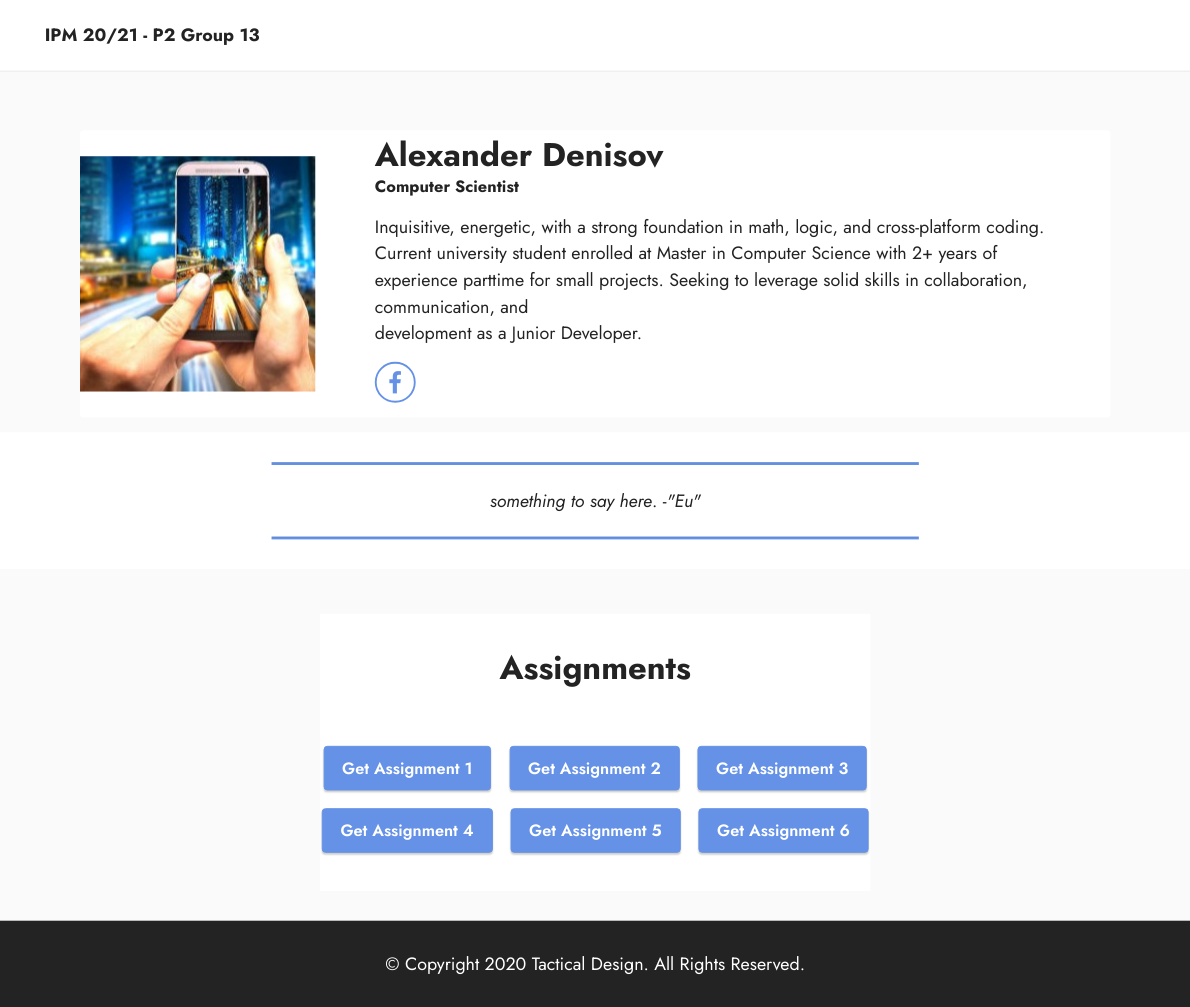
Repository: denisov93/tacticaldesign
Page: page2.html
An editor plug-in stored every save of this project. The page is shown before and after the next save, followed by the edit.
The browser window is 1280 px wide. The pictures show the whole page, at 93% of full size.

Above is the page before, as saved 2020-09-25 19:30:07.

### page2.html
<!DOCTYPE html>
<html  >
<head>
  <!-- Site made with Mobirise Website Builder v5.1.4, https://mobirise.com -->
  <meta charset="UTF-8">
  <meta http-equiv="X-UA-Compatible" content="IE=edge">
  <meta name="generator" content="Mobirise v5.1.4, mobirise.com">
  <meta name="viewport" content="width=device-width, initial-scale=1, minimum-scale=1">
  <link rel="shortcut icon" href="assets/images/logo-89x89-1.png" type="image/x-icon">
  <meta name="description" content="">


  <title>About 44592</title>
  <link rel="stylesheet" href="assets/tether/tether.min.css">
  <link rel="stylesheet" href="assets/bootstrap/css/bootstrap.min.css">
  <link rel="stylesheet" href="assets/bootstrap/css/bootstrap-grid.min.css">
  <link rel="stylesheet" href="assets/bootstrap/css/bootstrap-reboot.min.css">
  <link rel="stylesheet" href="assets/dropdown/css/style.css">
  <link rel="stylesheet" href="assets/socicon/css/styles.css">
  <link rel="stylesheet" href="assets/theme/css/style.css">
  <link rel="preload" as="style" href="assets/mobirise/css/mbr-additional.css"><link rel="stylesheet" href="assets/mobirise/css/mbr-additional.css" type="text/css">




</head>
<body>

    <section class="menu cid-s48OLK6784" once="menu" id="menu1-k">

      <nav class="navbar navbar-dropdown navbar-fixed-top navbar-expand-lg">
          <div class="container-fluid">
              <div class="navbar-brand">

                  <span class="navbar-caption-wrap"><a class="navbar-caption text-black display-7" href="https://mobiri.se">IPM 20/21 - P2 Group 13</a></span>
              </div>
              <button class="navbar-toggler" type="button" data-toggle="collapse" data-target="#navbarSupportedContent" aria-controls="navbarNavAltMarkup" aria-expanded="false" aria-label="Toggle navigation">
                  <div class="hamburger">
                      <span></span>
                      <span></span>
                      <span></span>
                      <span></span>
                  </div>
              </button>
              <div class="collapse navbar-collapse" id="navbarSupportedContent">
                  <ul class="navbar-nav nav-dropdown nav-right" data-app-modern-menu="true"><li class="nav-item"><a class="nav-link link text-black text-primary display-7" href="index.html">Back to Main Page</a></li></ul>


              </div>
          </div>
      </nav>

  </section>

  <section class="team2 cid-sbrg7hMvkK" xmlns="http://www.w3.org/1999/html" id="team2-10">


      <div class="container">
          <div class="card">
              <div class="card-wrapper">
                  <div class="row align-items-center">
                      <div class="col-12 col-md-3">
                          <div class="image-wrapper">
                              <img src="assets/images/mbr-506x285.jpeg" alt="Mobirise">
                          </div>
                      </div>
                      <div class="col-12 col-md">
                          <div class="card-box">
                              <h5 class="card-title mbr-fonts-style m-0 display-5">
                                  <strong>Alexander Denisov</strong></h5>
                              <h6 class="card-subtitle mbr-fonts-style mb-3 display-4"><strong>Computer Scientist</strong></h6>
                              <p class="mbr-text mbr-fonts-style display-7">Inquisitive, energetic, with a strong foundation in math, logic, and cross-platform coding.
                                <br>Current university student enrolled at Master in Computer Science with 2+ years of experience parttime for small projects. Seeking to leverage solid skills in collaboration, communication, and
                                <br>development as a Junior Developer.
                              </p>
                              <div class="social-row display-7">
                                  <div class="soc-item">
                                      <a href="https://www.facebook.com/denisov.alexander.9/" target="_blank">
                                          <span class="mbr-iconfont socicon socicon-facebook"></span>
                                      </a>
                                  </div>




                              </div>
                          </div>
                      </div>
                  </div>
              </div>
          </div>


      </div>
  </section>

  <section class="content6 cid-sbrxQp1clU" id="content6-19">

      <div class="container-fluid">
          <div class="row justify-content-center">
              <div class="col-md-12 col-lg-7">
                  <hr class="line">
                  <p class="mbr-text align-center mbr-fonts-style my-4 display-7"><em>something to say here</em>. -<em>"Eu"</em></p>
                  <hr class="line">
              </div>
          </div>
      </div>
  </section>

  <section class="pricing2 cid-sbryg0oYzd" id="pricing2-1b">



      <div class="container-fluid">
          <div class="row justify-content-center">
              <div class="col-12 col-md-6 align-center">
                  <div class="plan">
                      <div class="plan-header">
                          <h6 class="plan-title mbr-fonts-style mb-3 display-5">
                              <strong>Assignments</strong></h6>
                          <div class="plan-price">
                              <p class="price mbr-fonts-style m-0 display-7"></p>
                              <p class="price-term mbr-fonts-style mb-3 display-7"></p>
                          </div>
                      </div>
                      <div class="plan-body">
                          <div class="plan-list mb-4">
                              <ul class="list-group mbr-fonts-style list-group-flush display-7"></ul>
                          </div>
                          <div class="mbr-section-btn text-center"><a href="44592A1.html" class="btn btn-primary display-4">Get Assignment 1</a> <a href="https://mobiri.se" class="btn btn-primary display-4">Get Assignment 2</a> <a href="https://mobiri.se" class="btn btn-primary display-4">Get Assignment 3</a> <a href="https://mobiri.se" class="btn btn-primary display-4">Get Assignment 4<br></a> <a href="https://mobiri.se" class="btn btn-primary display-4">Get Assignment 5<br></a> <a href="https://mobiri.se" class="btn btn-primary display-4">Get Assignment 6<br></a></div>
                      </div>
                  </div>
              </div>



          </div>
      </div>
  </section>

  <section class="footer3 cid-s48P1Icc8J" once="footers" id="footer3-l">
      <div class="container">
          <div class="media-container-row align-center mbr-white">
              <div class="row row-copirayt">
                  <p class="mbr-text mb-0 mbr-fonts-style mbr-white align-center display-7">
                      © Copyright 2020 Tactical Design. All Rights Reserved.
                  </p>
              </div>
          </div>
      </div>
  </section>
  </body>
</html>

### assets/dropdown/css/style.css
.navbar-dropdown {
  left: 0;
  padding: 0;
  position: absolute;
  right: 0;
  top: 0;
  transition: all 0.45s ease;
  z-index: 1030;
  background: #282828; }
  .navbar-dropdown .navbar-logo {
    margin-right: 0.8rem;
    transition: margin 0.3s ease-in-out;
    vertical-align: middle; }
    .navbar-dropdown .navbar-logo img {
      height: 3.125rem;
      transition: all 0.3s ease-in-out; }
    .navbar-dropdown .navbar-logo.mbr-iconfont {
      font-size: 3.125rem;
      line-height: 3.125rem; }
  .navbar-dropdown .navbar-caption {
    font-weight: 700;
    white-space: normal;
    vertical-align: -4px;
    line-height: 3.125rem !important; }
    .navbar-dropdown .navbar-caption, .navbar-dropdown .navbar-caption:hover {
      color: inherit;
      text-decoration: none; }
  .navbar-dropdown .mbr-iconfont + .navbar-caption {
    vertical-align: -1px; }
  .navbar-dropdown.navbar-fixed-top {
    position: fixed; }
  .navbar-dropdown .navbar-brand span {
    vertical-align: -4px; }
  .navbar-dropdown.bg-color.transparent {
    background: none; }
  .navbar-dropdown.navbar-short .navbar-brand {
    padding: 0.625rem 0; }
    .navbar-dropdown.navbar-short .navbar-brand span {
      vertical-align: -1px; }
  .navbar-dropdown.navbar-short .navbar-caption {
    line-height: 2.375rem !important;
    vertical-align: -2px; }
  .navbar-dropdown.navbar-short .navbar-logo {
    margin-right: 0.5rem; }
    .navbar-dropdown.navbar-short .navbar-logo img {
      height: 2.375rem; }
    .navbar-dropdown.navbar-short .navbar-logo.mbr-iconfont {
      font-size: 2.375rem;
      line-height: 2.375rem; }
  .navbar-dropdown.navbar-short .mbr-table-cell {
    height: 3.625rem; }
  .navbar-dropdown .navbar-close {
    left: 0.6875rem;
    position: fixed;
    top: 0.75rem;
    z-index: 1000; }
  .navbar-dropdown .hamburger-icon {
    content: "";
    display: inline-block;
    vertical-align: middle;
    width: 16px;
    -webkit-box-shadow: 0 -6px 0 1px #282828,0 0 0 1px #282828,0 6px 0 1px #282828;
    -moz-box-shadow: 0 -6px 0 1px #282828,0 0 0 1px #282828,0 6px 0 1px #282828;
    box-shadow: 0 -6px 0 1px #282828,0 0 0 1px #282828,0 6px 0 1px #282828; }

.dropdown-menu .dropdown-toggle[data-toggle="dropdown-submenu"]::after {
  border-bottom: 0.35em solid transparent;
  border-left: 0.35em solid;
  border-right: 0;
  border-top: 0.35em solid transparent;
  margin-left: 0.3rem; }

.dropdown-menu .dropdown-item:focus {
  outline: 0; }

.nav-dropdown {
  font-size: 0.75rem;
  font-weight: 500;
  height: auto !important; }
  .nav-dropdown .nav-btn {
    padding-left: 1rem; }
  .nav-dropdown .link {
    margin: .667em 1.667em;
    font-weight: 500;
    padding: 0;
    transition: color .2s ease-in-out; }
    .nav-dropdown .link.dropdown-toggle {
      margin-right: 2.583em; }
      .nav-dropdown .link.dropdown-toggle::after {
        margin-left: .25rem;
        border-top: 0.35em solid;
        border-right: 0.35em solid transparent;
        border-left: 0.35em solid transparent;
        border-bottom: 0; }
      .nav-dropdown .link.dropdown-toggle[aria-expanded="true"] {
        margin: 0;
        padding: 0.667em 3.263em  0.667em 1.667em; }
  .nav-dropdown .link::after,
  .nav-dropdown .dropdown-item::after {
    color: inherit; }
  .nav-dropdown .btn {
    font-size: 0.75rem;
    font-weight: 700;
    letter-spacing: 0;
    margin-bottom: 0;
    padding-left: 1.25rem;
    padding-right: 1.25rem; }
  .nav-dropdown .dropdown-menu {
    border-radius: 0;
    border: 0;
    left: 0;
    margin: 0;
    padding-bottom: 1.25rem;
    padding-top: 1.25rem;
    position: relative; }
  .nav-dropdown .dropdown-submenu {
    margin-left: 0.125rem;
    top: 0; }
  .nav-dropdown .dropdown-item {
    font-weight: 500;
    line-height: 2;
    padding: 0.3846em 4.615em 0.3846em 1.5385em;
    position: relative;
    transition: color .2s ease-in-out, background-color .2s ease-in-out; }
    .nav-dropdown .dropdown-item::after {
      margin-top: -0.3077em;
      position: absolute;
      right: 1.1538em;
      top: 50%; }
    .nav-dropdown .dropdown-item:focus, .nav-dropdown .dropdown-item:hover {
      background: none; }

@media (max-width: 767px) {
  .nav-dropdown.navbar-toggleable-sm {
    bottom: 0;
    display: none;
    left: 0;
    overflow-x: hidden;
    position: fixed;
    top: 0;
    transform: translateX(-100%);
    -ms-transform: translateX(-100%);
    -webkit-transform: translateX(-100%);
    width: 18.75rem;
    z-index: 999; } }
.nav-dropdown.navbar-toggleable-xl {
  bottom: 0;
  display: none;
  left: 0;
  overflow-x: hidden;
  position: fixed;
  top: 0;
  transform: translateX(-100%);
  -ms-transform: translateX(-100%);
  -webkit-transform: translateX(-100%);
  width: 18.75rem;
  z-index: 999; }

.nav-dropdown-sm {
  display: block !important;
  overflow-x: hidden;
  overflow: auto;
  padding-top: 3.875rem; }
  .nav-dropdown-sm::after {
    content: "";
    display: block;
    height: 3rem;
    width: 100%; }
  .nav-dropdown-sm.collapse.in ~ .navbar-close {
    display: block !important; }
  .nav-dropdown-sm.collapsing, .nav-dropdown-sm.collapse.in {
    transform: translateX(0);
    -ms-transform: translateX(0);
    -webkit-transform: translateX(0);
    transition: all 0.25s ease-out;
    -webkit-transition: all 0.25s ease-out;
    background: #282828; }
  .nav-dropdown-sm.collapsing[aria-expanded="false"] {
    transform: translateX(-100%);
    -ms-transform: translateX(-100%);
    -webkit-transform: translateX(-100%); }
  .nav-dropdown-sm .nav-item {
    display: block;
    margin-left: 0 !important;
    padding-left: 0; }
  .nav-dropdown-sm .link,
  .nav-dropdown-sm .dropdown-item {
    border-top: 1px dotted rgba(255, 255, 255, 0.1);
    font-size: 0.8125rem;
    line-height: 1.6;
    margin: 0 !important;
    padding: 0.875rem 2.4rem 0.875rem 1.5625rem !important;
    position: relative;
    white-space: normal; }
    .nav-dropdown-sm .link:focus, .nav-dropdown-sm .link:hover,
    .nav-dropdown-sm .dropdown-item:focus,
    .nav-dropdown-sm .dropdown-item:hover {
      background: rgba(0, 0, 0, 0.2) !important;
      color: #c0a375; }
  .nav-dropdown-sm .nav-btn {
    position: relative;
    padding: 1.5625rem 1.5625rem 0 1.5625rem; }
    .nav-dropdown-sm .nav-btn::before {
      border-top: 1px dotted rgba(255, 255, 255, 0.1);
      content: "";
      left: 0;
      position: absolute;
      top: 0;
      width: 100%; }
    .nav-dropdown-sm .nav-btn + .nav-btn {
      padding-top: 0.625rem; }
      .nav-dropdown-sm .nav-btn + .nav-btn::before {
        display: none; }
  .nav-dropdown-sm .btn {
    padding: 0.625rem 0; }
  .nav-dropdown-sm .dropdown-toggle[data-toggle="dropdown-submenu"]::after {
    margin-left: .25rem;
    border-top: 0.35em solid;
    border-right: 0.35em solid transparent;
    border-left: 0.35em solid transparent;
    border-bottom: 0; }
  .nav-dropdown-sm .dropdown-toggle[data-toggle="dropdown-submenu"][aria-expanded="true"]::after {
    border-top: 0;
    border-right: 0.35em solid transparent;
    border-left: 0.35em solid transparent;
    border-bottom: 0.35em solid; }
  .nav-dropdown-sm .dropdown-menu {
    margin: 0;
    padding: 0;
    position: relative;
    top: 0;
    left: 0;
    width: 100%;
    border: 0;
    float: none;
    border-radius: 0;
    background: none; }
  .nav-dropdown-sm .dropdown-submenu {
    left: 100%;
    margin-left: 0.125rem;
    margin-top: -1.25rem;
    top: 0; }

.navbar-toggleable-sm .nav-dropdown .dropdown-menu {
  position: absolute; }

.navbar-toggleable-sm .nav-dropdown .dropdown-submenu {
  left: 100%;
  margin-left: 0.125rem;
  margin-top: -1.25rem;
  top: 0; }

.navbar-toggleable-sm.opened .nav-dropdown .dropdown-menu {
  position: relative; }

.navbar-toggleable-sm.opened .nav-dropdown .dropdown-submenu {
  left: 0;
  margin-left: 00rem;
  margin-top: 0rem;
  top: 0; }

.is-builder .nav-dropdown.collapsing {
  transition: none !important; }

/*# sourceMappingURL=style.css.map */

Loaded but not shown: assets/tether/tether.min.css (common file); assets/bootstrap/css/bootstrap.min.css (library); assets/bootstrap/css/bootstrap-grid.min.css (library); assets/bootstrap/css/bootstrap-reboot.min.css (library); assets/mobirise/css/mbr-additional.css (3951 lines, source omitted); assets/socicon/css/styles.css (933 lines, source omitted); assets/theme/css/style.css (958 lines, source omitted)

After the next save:
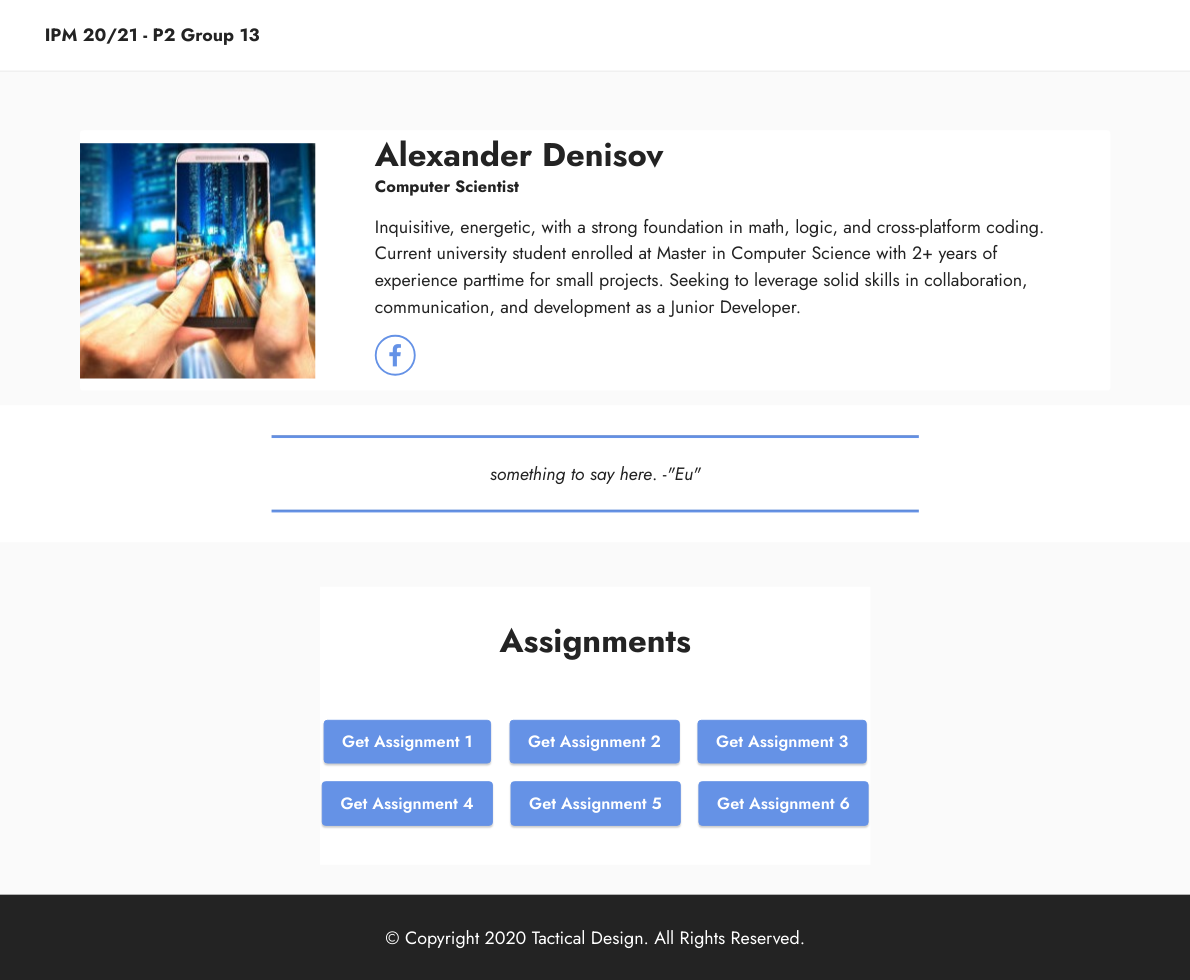
Saved 56 min 47 s later.
--- a/page2.html
+++ b/page2.html
@@ -70,8 +70,7 @@
                                   <strong>Alexander Denisov</strong></h5>
                               <h6 class="card-subtitle mbr-fonts-style mb-3 display-4"><strong>Computer Scientist</strong></h6>
                               <p class="mbr-text mbr-fonts-style display-7">Inquisitive, energetic, with a strong foundation in math, logic, and cross-platform coding.
-                                <br>Current university student enrolled at Master in Computer Science with 2+ years of experience parttime for small projects. Seeking to leverage solid skills in collaboration, communication, and
-                                <br>development as a Junior Developer.
+                                <br>Current university student enrolled at Master in Computer Science with 2+ years of experience parttime for small projects. Seeking to leverage solid skills in collaboration, communication, and development as a Junior Developer.
                               </p>
                               <div class="social-row display-7">
                                   <div class="soc-item">
